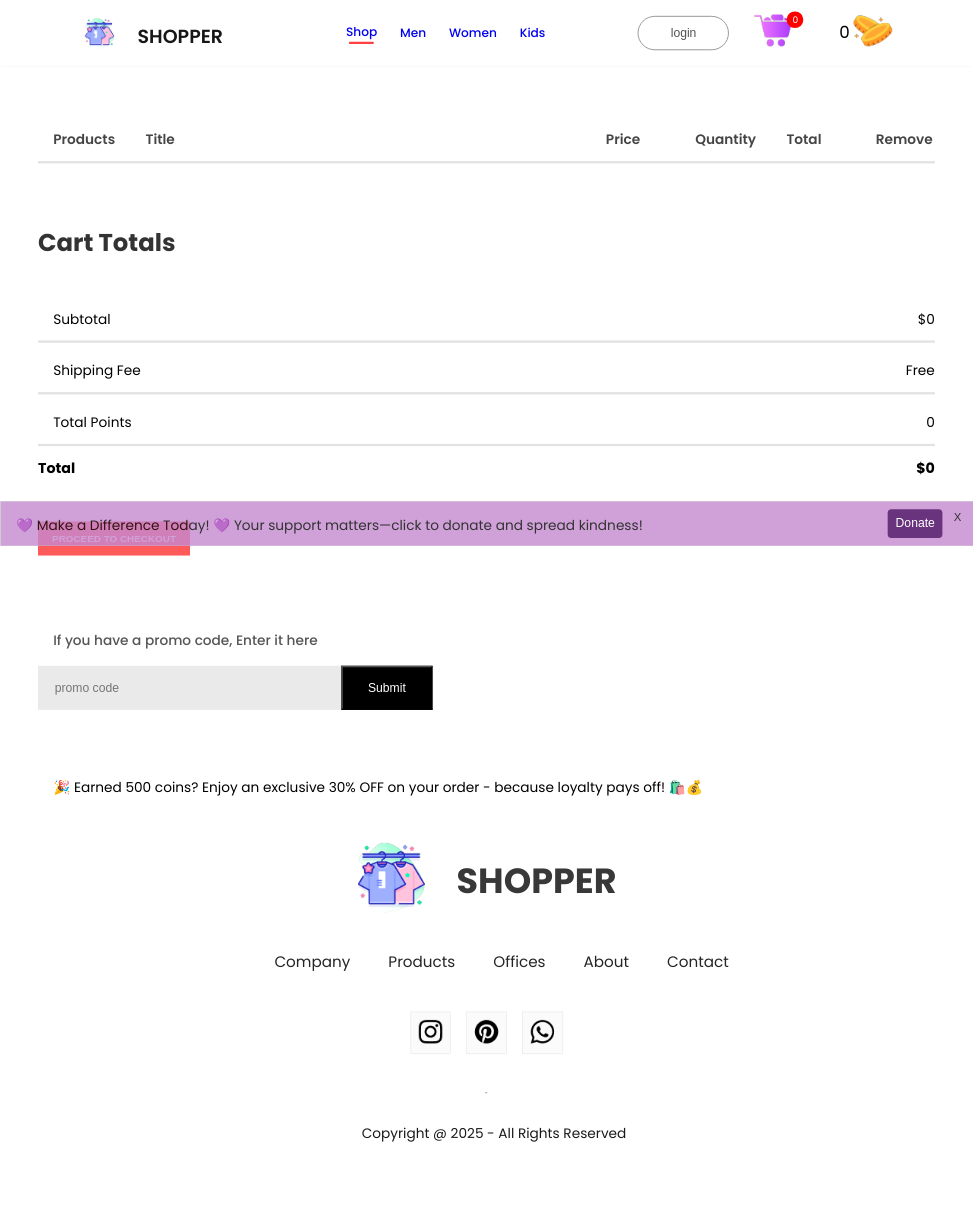
Repository: PayalJakhar/Shoppers-E-commerce-Website
Page: /cart (app in frontend/)
The author's editor kept a copy of each file at every save. The page is drawn from the files as they stood at one save, then again after the next save.
The browser window is 1280 px wide. The pictures show the whole page, at 76% of full size.
The page's requests for data from a server got no answer. The project was rebuilt for these pictures with package versions that can differ from the ones it lists, and the page was loaded fresh each time. No one was signed in, and anything a server would have sent is missing. Also part of the build but not shown: frontend/src/App.css, frontend/src/Components/Hero/Hero.css, frontend/src/Components/Hero/Hero.jsx, frontend/src/Components/Popular/Popular.css, frontend/src/Components/Item/Item.css, frontend/src/Components/Item/Item.jsx, frontend/src/Components/Popular/Popular.jsx, frontend/src/Components/Offers/Offers.css and 21 more.

Above is the page before, as saved 2025-02-07 23:36:17.

After the next save:
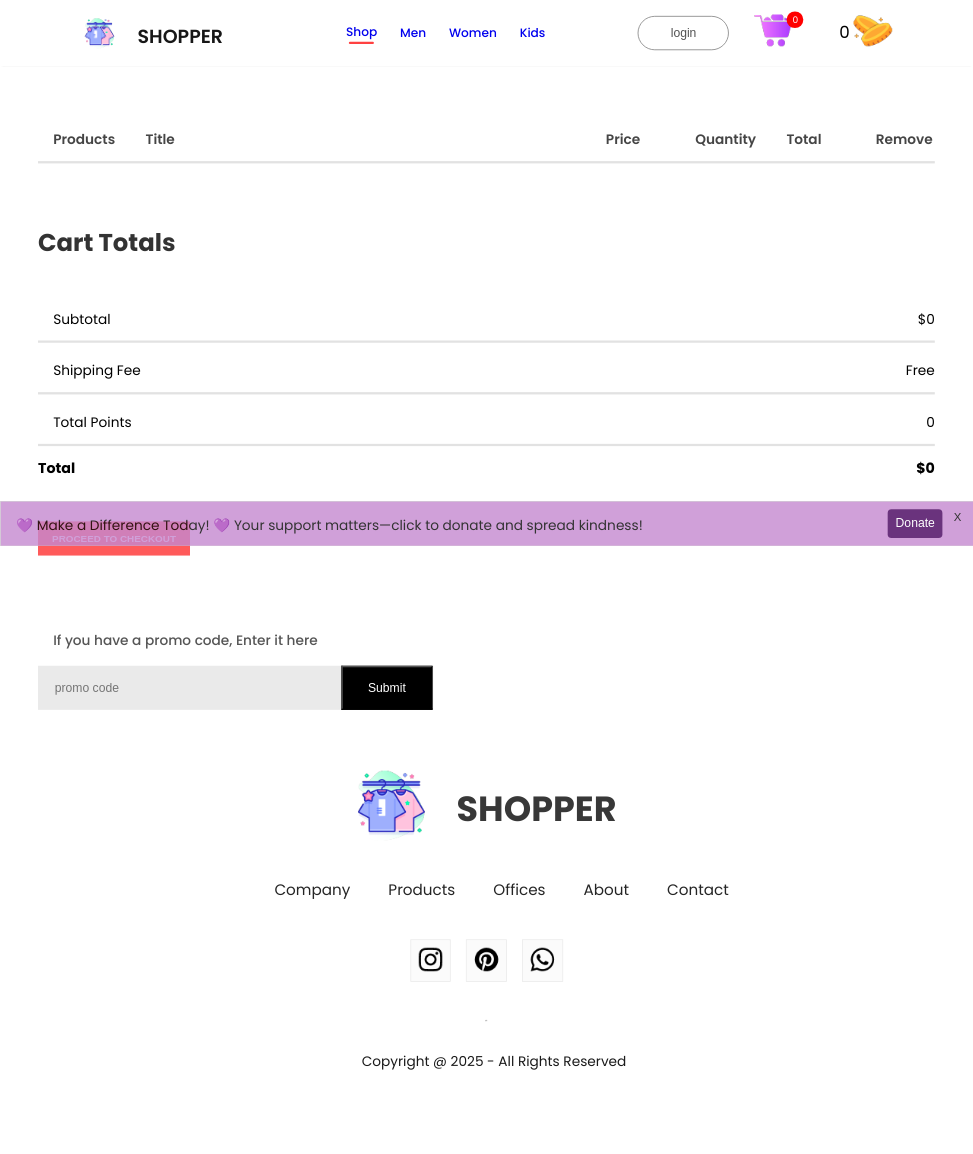
Saved 23 s later.
--- a/frontend/src/Components/CartItems/CartItems.jsx
+++ b/frontend/src/Components/CartItems/CartItems.jsx
@@ -70,7 +70,6 @@ const CartItems = () => {
                 </div>
 
             </div>
-            <p>🎉 Earned 500 coins? Enjoy an exclusive 30% OFF on your order - because loyalty pays off! 🛍️💰</p>
         </div>
     );
 }
